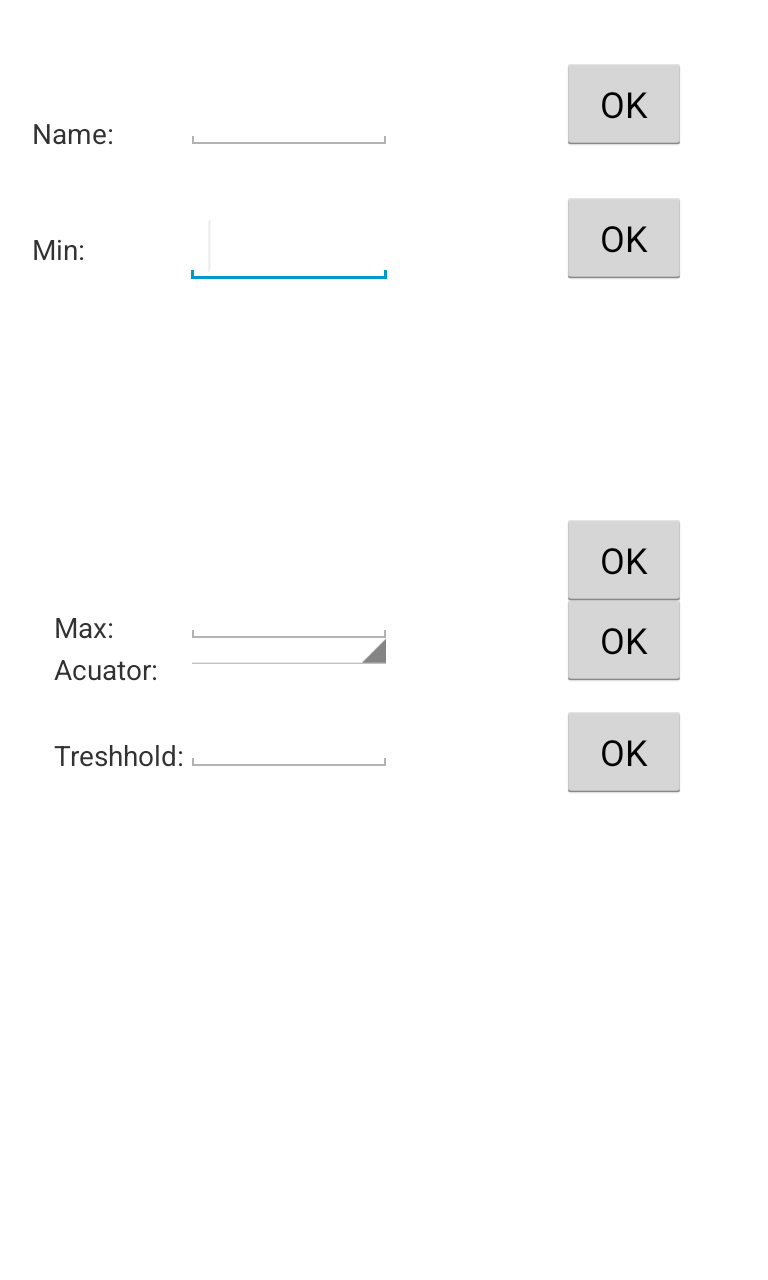
Repository: CTIS-SP-Team5/greenAgent
Layout: Android/GreenAgent/GreenAgent/res/layout/activity_view_setting.xml
The author's editor kept a copy of each file at every save. The layout is drawn from the files as they stood at one save, then again after the next save.
It is drawn on a 768 x 1280 px phone screen (xhdpi) without system bars, with theme AppTheme; the app's code is not run.

Above is the layout before, as saved 2014-05-05 18:09:40.

After the next save:
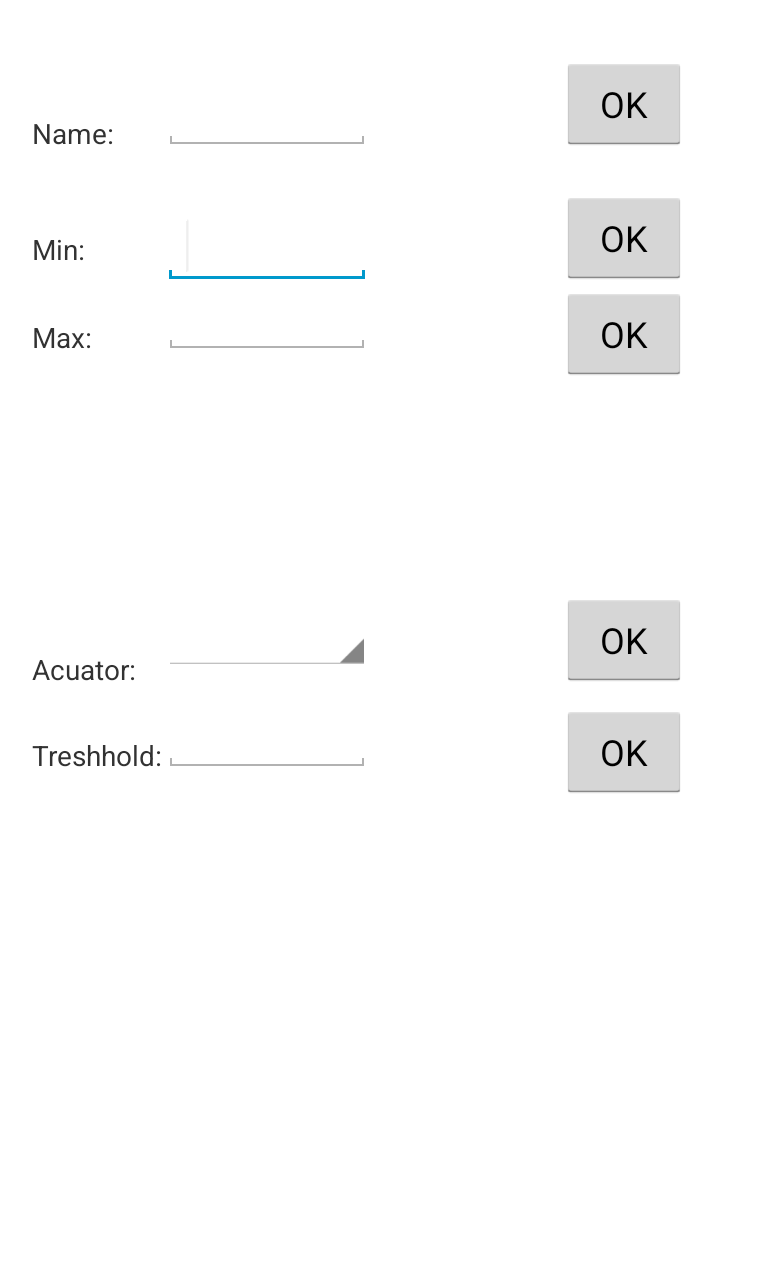
Saved 38 s later.
--- a/Android/GreenAgent/GreenAgent/res/layout/activity_view_setting.xml
+++ b/Android/GreenAgent/GreenAgent/res/layout/activity_view_setting.xml
@@ -44,14 +44,6 @@
 
         <requestFocus />
     </EditText>
-
-    <EditText
-        android:id="@+id/editText3"
-        android:layout_width="wrap_content"
-        android:layout_height="wrap_content"
-        android:layout_alignBottom="@+id/textView3"
-        android:layout_alignLeft="@+id/editText2"
-        android:ems="5" />
 
     <Spinner
         android:id="@+id/spinner1"
@@ -124,16 +116,25 @@
         android:id="@+id/textView3"
         android:layout_width="wrap_content"
         android:layout_height="wrap_content"
-        android:layout_alignRight="@+id/textView2"
-        android:layout_below="@+id/button3"
+        android:layout_alignBaseline="@+id/button3"
+        android:layout_alignBottom="@+id/button3"
+        android:layout_alignLeft="@+id/textView1"
         android:text="Max:" />
+
+    <EditText
+        android:id="@+id/editText3"
+        android:layout_width="wrap_content"
+        android:layout_height="wrap_content"
+        android:layout_alignBottom="@+id/textView3"
+        android:layout_alignLeft="@+id/editText2"
+        android:ems="5" />
 
     <Button
         android:id="@+id/button3"
         android:layout_width="wrap_content"
         android:layout_height="wrap_content"
-        android:layout_above="@+id/spinner1"
         android:layout_alignLeft="@+id/button2"
+        android:layout_below="@+id/editText2"
         android:text="OK" />
 
 </RelativeLayout>
